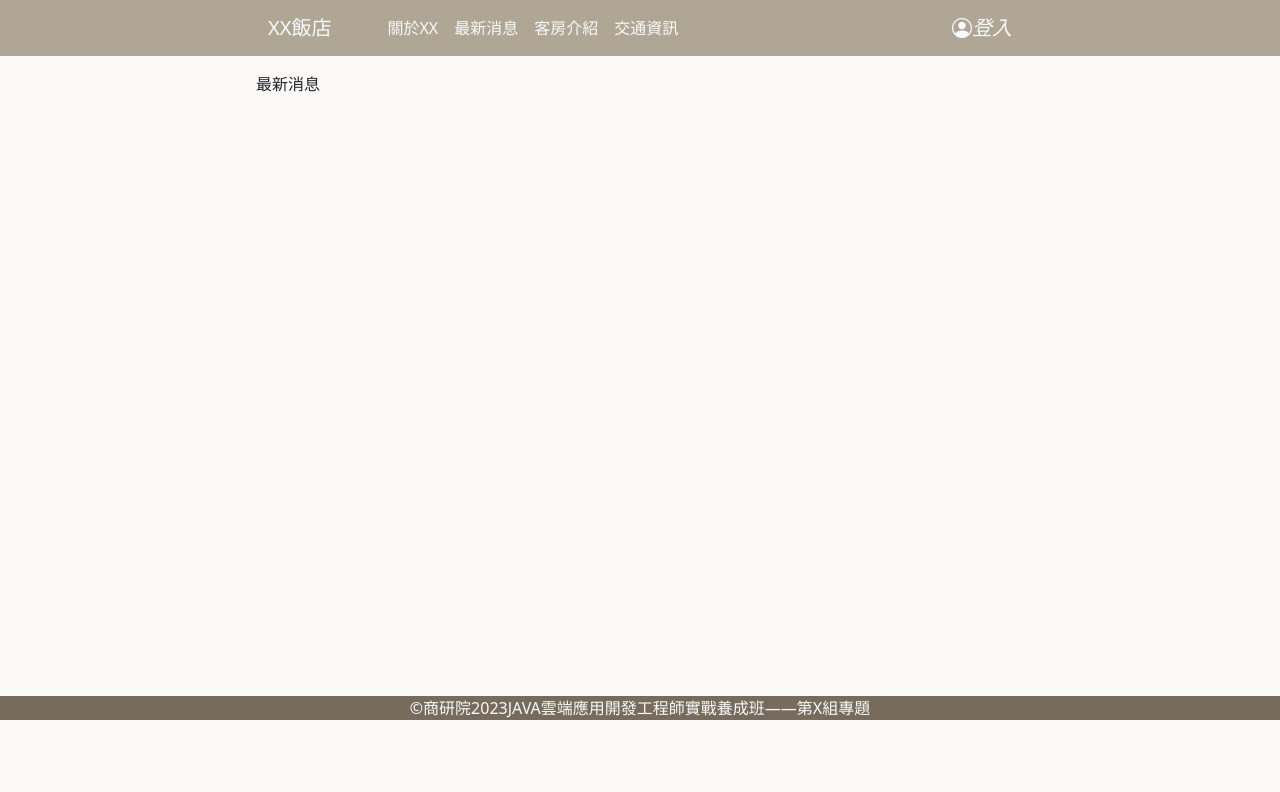
Repository: starcool0505/JavaProject-Hotel
Page: http://localhost/Hotel/page2.jsp
The author's editor kept a copy of each file at every save. The page is drawn from the files as they stood at one save, then again after the next save.
The browser window is 1280 px wide. The pictures show the whole page.
The page is served by Tomcat 9. Nobody is signed in. The application's start-up code is not run. Other server files are loaded and not shown.

Above is the page before, as saved 2023-12-21 04:02:54.

### Hotel/src/main/webapp/page2.jsp
<%@ page language="java" contentType="text/html; charset=UTF-8" pageEncoding="UTF-8"%>

<%@ include file="/WEB-INF/views/header.jsp" %>

<!DOCTYPE html>
<html>
	<head>
		<meta charset="UTF-8">
		<link href="https://cdn.jsdelivr.net/npm/bootstrap@5.0.0/dist/css/bootstrap.min.css" rel="stylesheet">
		<link rel="stylesheet" href="https://cdn.jsdelivr.net/npm/bootstrap-icons@1.11.1/font/bootstrap-icons.css">
		<link rel="stylesheet" href="./css/main_color.css">
		<script src="https://cdn.jsdelivr.net/npm/bootstrap@5.0.0/dist/js/bootstrap.bundle.min.js"></script>
		<script src="https://cdn.jsdelivr.net/npm/jquery@3.7.1/dist/jquery.min.js"></script>
	</head>

	<body class="bg_main0 vh-100">
		<div style="margin: 0 20%; margin-top: 10vh">最新消息</div>
	</body>
</html>


<%@ include file="/WEB-INF/views/footer.jsp" %>

### Hotel/src/main/webapp/WEB-INF/views/header.jsp
<%@ page language="java" contentType="text/html; charset=UTF-8" pageEncoding="UTF-8"%>

<!DOCTYPE html>
<html>
	<head>
		<meta charset="UTF-8">
		<title>XX飯店</title>
		<link href="https://cdn.jsdelivr.net/npm/bootstrap@5.0.0/dist/css/bootstrap.min.css" rel="stylesheet">
		<link rel="stylesheet" href="https://cdn.jsdelivr.net/npm/bootstrap-icons@1.11.1/font/bootstrap-icons.css">
		<link rel="stylesheet" href="./css/main_color.css">
		<script src="https://cdn.jsdelivr.net/npm/bootstrap@5.0.0/dist/js/bootstrap.bundle.min.js"></script>
		<script src="https://cdn.jsdelivr.net/npm/jquery@3.7.1/dist/jquery.min.js"></script>
	</head>

	<body>
		<nav class="navbar navbar-expand-lg bg_main3 fixed-top">
			<div class="container-fluid" style="margin: 0 20%">
				<a class="navbar-brand text-light me-0" href="./index.jsp">XX飯店</a>

				<button class="navbar-toggler" type="button" data-bs-toggle="collapse" data-bs-target="#navbarSupportedContent" aria-controls="navbarSupportedContent" aria-expanded="false" aria-label="Toggle navigation">
					<span class="navbar-toggler-icon"></span>
				</button>

				<div class="collapse navbar-collapse" id="navbarSupportedContent">
					<ul class="navbar-nav me-auto mb-2 mb-lg-0">
						<li class="nav-item">
							<a class="nav-link text-light ms-5" href="./page1.jsp">關於XX</a>
						</li>
						<li class="nav-item">
							<a class="nav-link text-light" href="./page2.jsp">最新消息</a>
						</li>
						<li class="nav-item">
							<a class="nav-link text-light" href="./page3.jsp">客房介紹</a>
						</li>
						<li class="nav-item">
							<a class="nav-link text-light" href="./page4.jsp">交通資訊</a>
						</li>
					</ul>
				</div>

<%-- 			<i class="bi bi-person-circle text-light h5 mb-0 d-none d-md-block">${sessionScope.username}</i> --%>
				<i class="bi bi-person-circle h5 text-light ml-3 mb-0" role="button" onclick="window.location.href='./login.jsp'">登入</i>
			</div>
		</nav>
	</body>
</html>

### Hotel/src/main/webapp/WEB-INF/views/footer.jsp
<%@ page language="java" contentType="text/html; charset=UTF-8" pageEncoding="UTF-8"%>

<footer class="position-fixed bottom-0 bg_main4 w-100 text-light text-center fixed-bottom">
	<p class="mb-0 font_c1">&copy;商研院2023JAVA雲端應用開發工程師實戰養成班——第X組專題</p>
</footer>
<div style="height: 5vh;"></div>

### Hotel/src/main/webapp/css/main_color.css
/* 背景顏色用的主色調 */
.bg_main0
{
	background-color: rgb(251, 249, 247);
}
.bg_main1
{
	background-color: #F3EEEA;
	/* 最淺 */
}
.bg_main2
{
	background-color: #EBE3D5;
	/* 次之 */
}
.bg_main3
{
	background-color: #B0A695;
	/* 再次之 */
}
.bg_main4
{
	background-color: #776B5D;
	/* 最深 */
}
.color1
{
	background-color: #85586F;
	/* 紫色 */
}
.color2
{
	background-color: #874356;
	/* 紅色 */
}
.color3
{
	background-color: #B7CADB;
}
.text1
{
	color: whitesmoke;
}

After the next save:
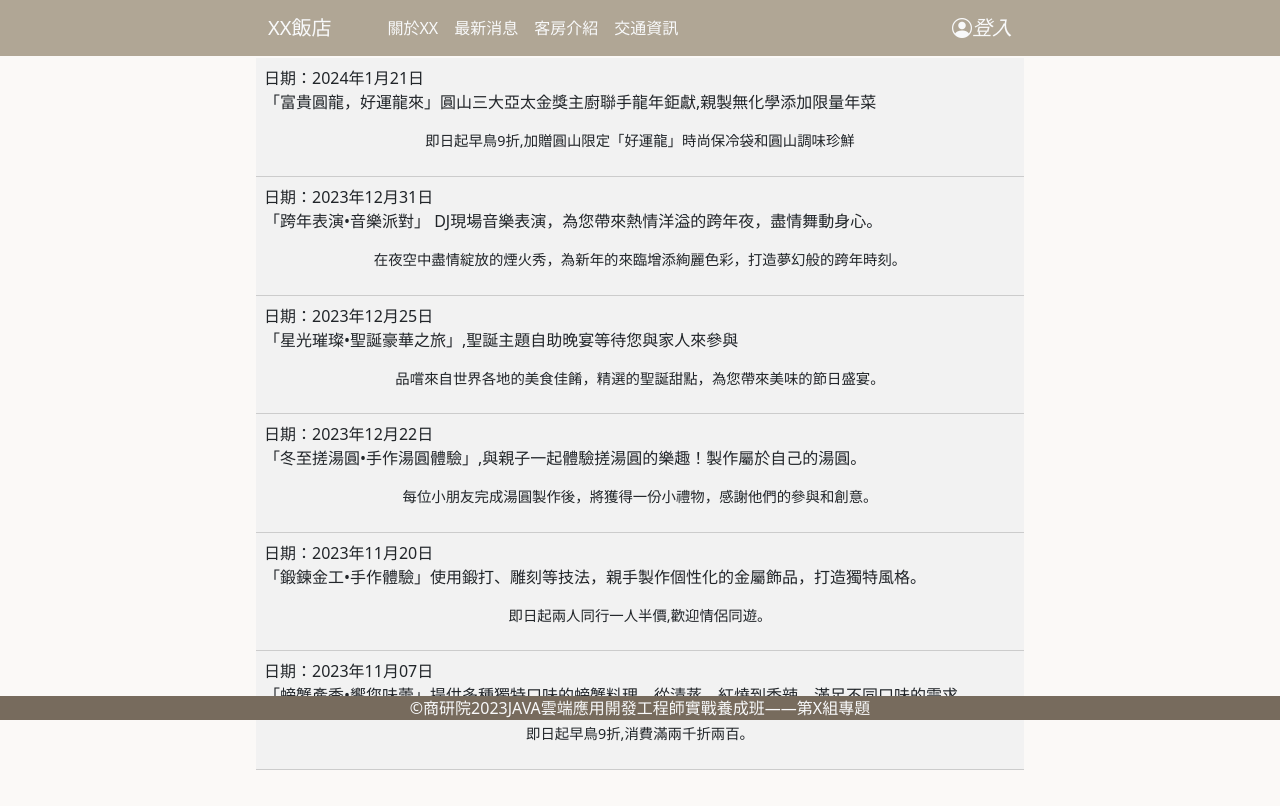
Saved 7 s later.
--- a/Hotel/src/main/webapp/page2.jsp
+++ b/Hotel/src/main/webapp/page2.jsp
@@ -11,10 +11,78 @@
 		<link rel="stylesheet" href="./css/main_color.css">
 		<script src="https://cdn.jsdelivr.net/npm/bootstrap@5.0.0/dist/js/bootstrap.bundle.min.js"></script>
 		<script src="https://cdn.jsdelivr.net/npm/jquery@3.7.1/dist/jquery.min.js"></script>
+	<style>
+        /* CSS 樣式 */
+      	.custom-button {
+		  border: 1px solid #000; /* 設置邊框 */
+		  padding: 20px; /* 設置內邊距 */
+		  cursor: pointer; /* 讓滑鼠指針顯示為手形 */
+		  	border-left: none;
+    		border-right: none;
+    		border-top: none;
+    		border-bottom: 1px solid #ccc; /* 只保留底部框線 */
+    		padding: 8px;
+    		text-align: center; /* 靠左對齊 */
+    		background-color: #f2f2f2;
+    		margin: 0 20%; /* 調整左右間距 */
+		}
+		.custom-button:hover {
+		  background-color: #f0f0f0; /* 滑鼠懸停時的背景色 */
+		}
+
+		.custom-button p:nth-child(1) {
+		  text-align: left; /* 將第一個 <p> 元素文字設為靠左 */
+		}
+		.custom-button p:nth-child(2) {
+		  font-size: 90%; /* 或者你想要的其他比例或像素大小 */
+		  text-align:center;
+		}
+
+    </style>
+
 	</head>
 
 	<body class="bg_main0 vh-100">
-		<div style="margin: 0 20%; margin-top: 10vh">最新消息</div>
+		<h2 style="margin: 0 20%">最新消息</h2>
+		<section class="news-list" style="margin-top: 20px;">
+		<div class="custom-button" onclick="window.location.href='https://gnn.gamer.com.tw/detail.php?sn=260917'">
+	  <p>日期：2024年1月21日<br>
+	  「富貴圓龍，好運龍來」圓山三大亞太金獎主廚聯手龍年鉅獻,親製無化學添加限量年菜</p>
+	  <p>即日起早鳥9折,加贈圓山限定「好運龍」時尚保冷袋和圓山調味珍鮮</p>
+	</div>
+
+	<div class="custom-button" onclick="window.location.href='https://gnn.gamer.com.tw/detail.php?sn=260917'">
+	  <p>日期：2023年12月31日<br>
+	  「跨年表演•音樂派對」 DJ現場音樂表演，為您帶來熱情洋溢的跨年夜，盡情舞動身心。</p>
+	  <p> 在夜空中盡情綻放的煙火秀，為新年的來臨增添絢麗色彩，打造夢幻般的跨年時刻。</p>
+	</div>
+
+	<div class="custom-button" onclick="window.location.href='https://gnn.gamer.com.tw/detail.php?sn=260987'">
+	  <p>日期：2023年12月25日<br>
+	  「星光璀璨•聖誕豪華之旅」,聖誕主題自助晚宴等待您與家人來參與</p>
+	  <p>品嚐來自世界各地的美食佳餚，精選的聖誕甜點，為您帶來美味的節日盛宴。</p>
+	</div>
+
+	<div class="custom-button" onclick="window.location.href='https://gnn.gamer.com.tw/detail.php?sn=260917'">
+	  <p>日期：2023年12月22日<br>
+	  「冬至搓湯圓•手作湯圓體驗」,與親子一起體驗搓湯圓的樂趣！製作屬於自己的湯圓。</p>
+	  <p>每位小朋友完成湯圓製作後，將獲得一份小禮物，感謝他們的參與和創意。</p>
+	</div>
+	<div class="custom-button" onclick="window.location.href='https://gnn.gamer.com.tw/detail.php?sn=260917'">
+	  <p>日期：2023年11月20日<br>
+	  「鍛鍊金工•手作體驗」使用鍛打、雕刻等技法，親手製作個性化的金屬飾品，打造獨特風格。</p>
+	  <p>即日起兩人同行一人半價,歡迎情侶同遊。</p>
+	</div>
+
+	<div class="custom-button" onclick="window.location.href='https://gnn.gamer.com.tw/detail.php?sn=260917'">
+	  <p>日期：2023年11月07日<br>
+	  「螃蟹產季•饗您味蕾」提供多種獨特口味的螃蟹料理，從清蒸、紅燒到香辣，滿足不同口味的需求。</p>
+	  <p>即日起早鳥9折,消費滿兩千折兩百。</p>
+	</div>
+
+		</section>
+
+
 	</body>
 </html>
 
